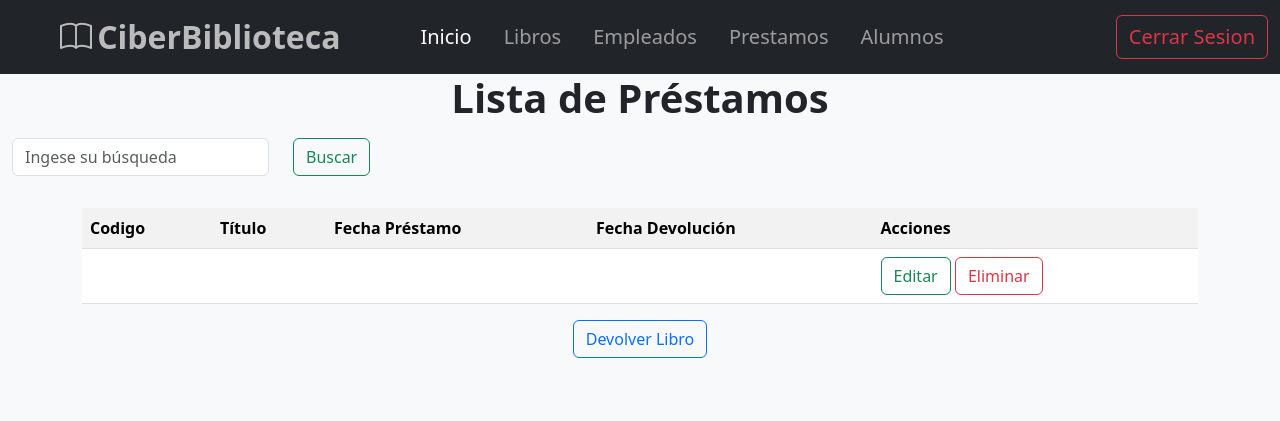
Repository: WilmerOcampo/LP1_Biblioteca
Page: http://localhost/Proyecto/listaPrestamos.jsp
The author's editor kept a copy of each file at every save. The page is drawn from the files as they stood at one save, then again after a run of saves.
The browser window is 1280 px wide. The pictures show the whole page.
The page is served by Tomcat 10. Other server files are loaded and not shown.

Above is the page before, as saved 2023-05-31 15:41:11.

### Proyecto/src/main/webapp/listaPrestamos.jsp
<%@ page language="java" contentType="text/html; charset=ISO-8859-1"
    pageEncoding="ISO-8859-1"%>
<!DOCTYPE html>
<html>
<head>
<meta charset="ISO-8859-1">
<title>Préstamos</title>
<link href="https://cdn.jsdelivr.net/npm/bootstrap@5.3.0-alpha3/dist/css/bootstrap.min.css" rel="stylesheet"
    integrity="sha384-KK94CHFLLe+nY2dmCWGMq91rCGa5gtU4mk92HdvYe+M/SXH301p5ILy+dN9+nJOZ" crossorigin="anonymous">
<link rel="stylesheet" href="https://cdn.jsdelivr.net/npm/bootstrap-icons@1.8.1/font/bootstrap-icons.css">
</head>

<body class="bg-light">

    <!-- Inicio del menu -->
      <nav class="navbar navbar-expand-md navbar-dark bg-dark">
        <div class="container-fluid">

        <!-- icono o nombre -->
        <a class="navbar-brand" href="#" style="padding-left: 3rem; padding-right: 3rem;">
            <i class="bi bi-book" style="font-size: 2rem; color:#bbb"></i>
            <span style="font-size: 2rem; color:#bbb"><b>CiberBiblioteca</b></span>
          </a>

        <!-- boton del menu -->
        <button class="navbar-toggler" type="button" data-bs-toggle="collapse" data-bs-target="#menu" aria-controls="navbarSupportedContent" aria-expanded="false" aria-label="Toggle navigation">
            <span class="navbar-toggler-icon"></span>
        </button>

          <!-- elementos del menu colapsable -->
        <div class="collapse navbar-collapse" id="menu">
            <ul class="navbar-nav me-auto" style="font-size: 20px">
                  <li class="nav-item" style="margin:0 0.5rem">
                    <a class="nav-link active" aria-current="page" href="index.jsp">Inicio</a>
                  </li>
                  <li class="nav-item" style="margin:0 0.5rem">
                    <a class="nav-link" href="listaLibros.jsp">Libros</a>
                  </li>
                  <li class="nav-item" style="margin:0 0.5rem">
                    <a class="nav-link" href="listaEmpleados.jsp">Empleados</a>
                  </li>
                  <li class="nav-item" style="margin:0 0.5rem">
                    <a class="nav-link" href="listaPrestamos.jsp">Prestamos</a>
                  </li>
                  <li class="nav-item" style="margin:0 0.5rem">
                    <a class="nav-link" href="listaAlumnos.jsp">Alumnos</a>
                  </li>
                 </ul>

          <hr class="d-md-none text-white-50">

         <!--boton Informacion -->
          <form class="d-flex">
            <button class="btn btn-outline-danger d-none d-md-inline-block " type="submit" style="font-size: 20px;">Cerrar Sesion</button>
          </form>
        </div>
        </div>
      </nav>

    <h1 class="d-flex justify-content-center"><strong>Lista de Préstamos</strong></h1>

    <nav class="navbar">
        <div class="container-fluid">
            <form class="d-flex" role="search">
                <input class="form-control me-4" type="search" placeholder="Ingese su búsqueda" aria-label="Search">
                <button class="btn btn-outline-success" type="submit">Buscar</button>
            </form>
        </div>
    </nav><br>

    <div class="container">

        <table class="table table-striped">
            <tr>
                <th scope="col">Codigo</th>
                <th scope="col">Título</th>
                <th scope="col">Fecha Préstamo</th>
                <th scope="col">Fecha Devolución</th>
                <th scope="col">Acciones</th>
            </tr>

            <tr>
                <th></th>
                <td></td>
                <td></td>
                <td></td>
                <td><a class="btn btn-outline-success" href="">Editar</a>
                    <a class="btn btn-outline-danger" href="#" onclick="confirmarEliminacion()">Eliminar</a>
                </td>
            </tr>
        </table>

        <div class="d-flex justify-content-center">
            <input class="btn btn-outline-primary" type="button" value="Devolver Libro"
                onclick="window.location.href='devolverLibro.jsp'">
        </div>

    </div>

    <script src="https://cdn.jsdelivr.net/npm/bootstrap@5.3.0-alpha3/dist/js/bootstrap.bundle.min.js"
        integrity="sha384-ENjdO4Dr2bkBIFxQpeoTz1HIcje39Wm4jDKdf19U8gI4ddQ3GYNS7NTKfAdVQSZe"
        crossorigin="anonymous"></script>

<script>
	function confirmarEliminacion(codigo) {
		if (confirm("¿Estás seguro de que deseas eliminar este registro?")) {
			window.location.href = "ControladorClientes?instruccion=eliminar&codigo=" + codigo;
		}
	}
</script>

</body>
</html>

After the next 2 saves:
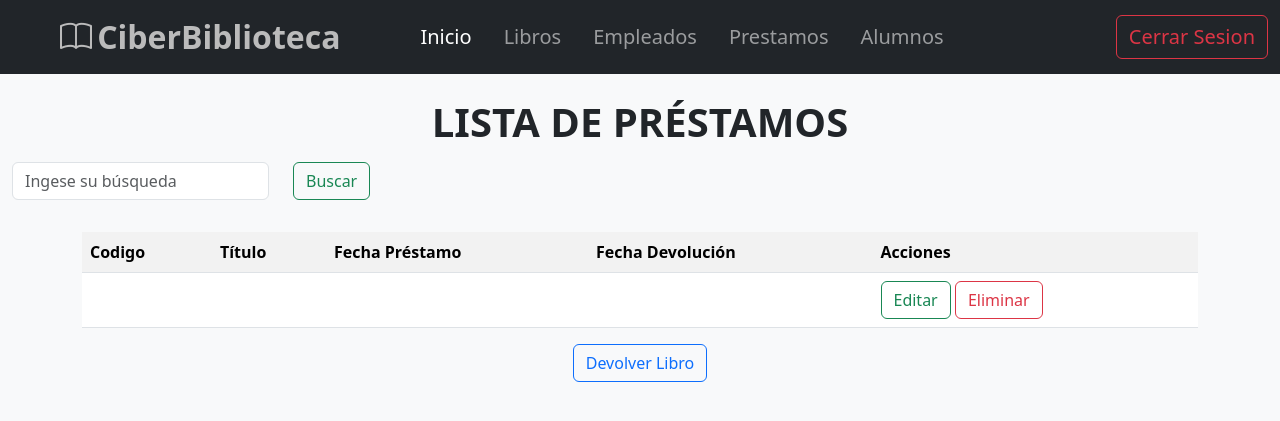
The 2 saves are shown as one change because they came seconds apart.
The last was saved 12 s later.
--- a/Proyecto/src/main/webapp/listaPrestamos.jsp
+++ b/Proyecto/src/main/webapp/listaPrestamos.jsp
@@ -57,7 +57,8 @@
         </div>
       </nav>
 
-    <h1 class="d-flex justify-content-center"><strong>Lista de Préstamos</strong></h1>
+	<br>
+    <h1 class="d-flex justify-content-center" style="text-transform: uppercase;"><strong>Lista de Préstamos</strong></h1>
 
     <nav class="navbar">
         <div class="container-fluid">
